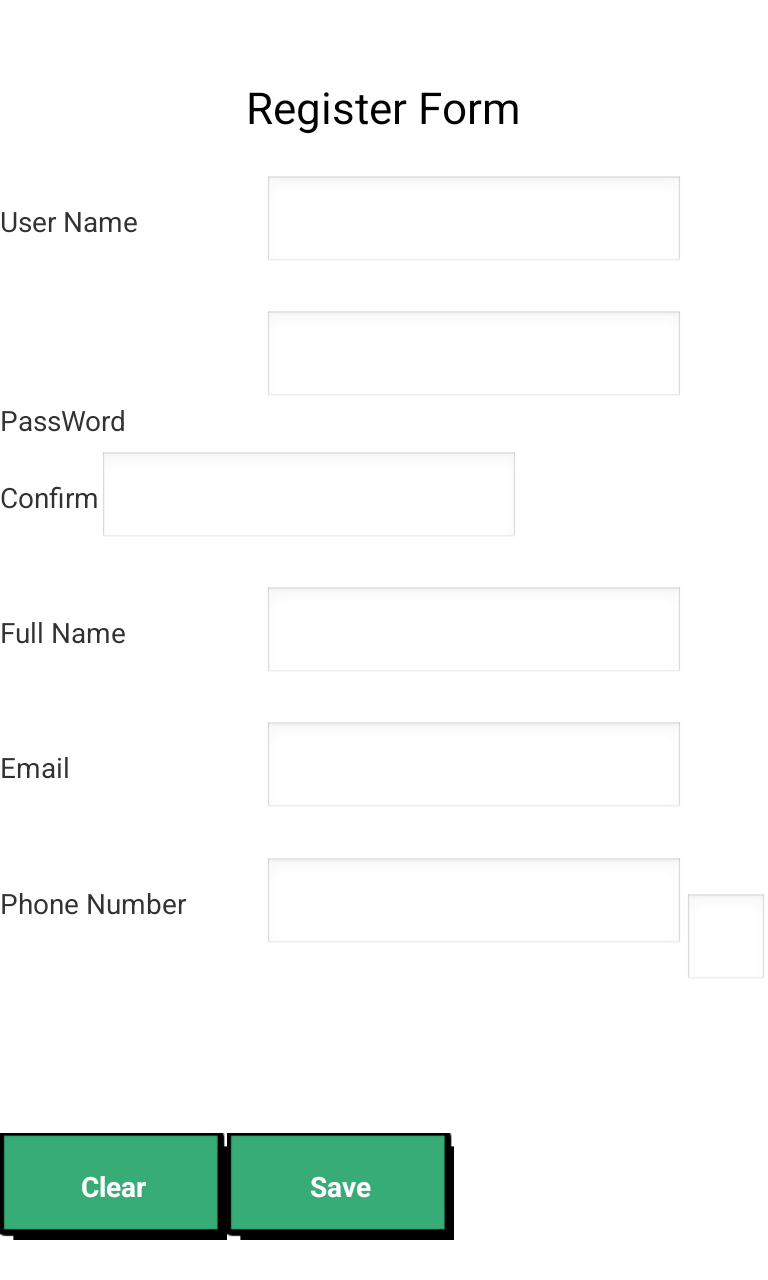
Repository: VanThi/Smart_Order
Layout: Project OS/Project_SO/res/layout/activity_register.xml
An editor plug-in stored every save of this project. The layout is shown before and after the next save, followed by the edit.
It is drawn on a 768 x 1280 px phone screen (xhdpi) without system bars, with theme android:Theme.Light.NoTitleBar.Fullscreen; the app's code is not run.

Above is the layout before, as saved 2013-11-09 11:40:43.

### Project OS/Project_SO/res/layout/activity_register.xml
<?xml version="1.0" encoding="utf-8"?>
<LinearLayout xmlns:android="http://schemas.android.com/apk/res/android"
    android:layout_width="match_parent"
    android:layout_height="match_parent"
    android:orientation="vertical" >

    <TextView
        android:layout_width="wrap_content"
        android:layout_height="wrap_content"
        android:layout_weight="1" />

    <TextView
        android:id="@+id/registerForm"
        android:layout_width="wrap_content"
        android:layout_height="wrap_content"
        android:layout_gravity="center"
        android:layout_weight="1"
        android:text="@string/registerForm"
        android:textAppearance="?android:attr/textAppearanceLarge" />

    <LinearLayout
        android:layout_width="wrap_content"
        android:layout_height="wrap_content"
        android:layout_weight="1"
        android:orientation="horizontal" >

        <TextView
            android:id="@+id/tv_userName"
            android:layout_width="wrap_content"
            android:layout_height="wrap_content"
            android:ems="8"
            android:text="@string/userName" />

        <EditText
            android:id="@+id/et_userName"
            android:layout_width="wrap_content"
            android:layout_height="wrap_content"
            android:ems="10"
            android:inputType="text" />
    </LinearLayout>

    <LinearLayout
        android:layout_width="wrap_content"
        android:layout_height="wrap_content"
        android:layout_weight="1"
        android:orientation="horizontal" >

        <TextView
            android:id="@+id/tv_pass"
            android:layout_width="wrap_content"
            android:layout_height="wrap_content"
            android:layout_marginTop="32dp"
            android:ems="8"
            android:text="@string/password" />

        <EditText
            android:id="@+id/et_password"
            android:layout_width="wrap_content"
            android:layout_height="wrap_content"
            android:ems="10"
            android:inputType="textPassword" />
    </LinearLayout>

    <LinearLayout
        android:layout_width="wrap_content"
        android:layout_height="wrap_content"
        android:layout_weight="1"
        android:orientation="horizontal" >

        <TextView
            android:id="@+id/confrim"
            android:layout_width="wrap_content"
            android:layout_height="wrap_content"
            android:text="@string/confirm" />

        <EditText
            android:id="@+id/et_comfrim"
            android:layout_width="wrap_content"
            android:layout_height="wrap_content"
            android:ems="10"
            android:inputType="textPassword" />
    </LinearLayout>

    <LinearLayout
        android:layout_width="wrap_content"
        android:layout_height="wrap_content"
        android:layout_weight="1"
        android:orientation="horizontal" >

        <TextView
            android:id="@+id/tv_fullName"
            android:layout_width="wrap_content"
            android:layout_height="wrap_content"
            android:ems="8"
            android:text="@string/fullName" />

        <EditText
            android:id="@+id/et_fullname"
            android:layout_width="wrap_content"
            android:layout_height="wrap_content"
            android:ems="10"
            android:inputType="text" />
    </LinearLayout>

    <LinearLayout
        android:layout_width="wrap_content"
        android:layout_height="wrap_content"
        android:layout_weight="1"
        android:orientation="horizontal" >

        <TextView
            android:id="@+id/tv_email"
            android:layout_width="wrap_content"
            android:layout_height="wrap_content"
            android:ems="8"
            android:text="@string/email" />

        <EditText
            android:id="@+id/et_email"
            android:layout_width="wrap_content"
            android:layout_height="wrap_content"
            android:ems="10"
            android:inputType="textEmailAddress" />
    </LinearLayout>


    <LinearLayout
        android:layout_width="wrap_content"
        android:layout_height="wrap_content"
        android:layout_weight="1"
        android:orientation="horizontal"
        >
    <TextView
        android:id="@+id/tv_phoneNumber"
        android:layout_width="wrap_content"
        android:layout_height="wrap_content"
        android:ems="8"
        android:text="@string/phoneNumber" />

    <EditText
        android:id="@+id/et_phoneNumber"
        android:layout_width="wrap_content"
        android:layout_height="wrap_content"
        android:ems="10"
        android:inputType="phone" />

    <EditText
        android:id="@+id/et_address"
        android:layout_width="wrap_content"
        android:layout_height="wrap_content"
        android:layout_below="@+id/et_phoneNumber"
        android:layout_marginTop="18dp"
        android:layout_toRightOf="@+id/tv_phoneNumber"
        android:ems="10"
        android:inputType="text" />

    <TextView
        android:id="@+id/tv_address"
        android:layout_width="wrap_content"
        android:layout_height="wrap_content"
        android:layout_alignBaseline="@+id/et_address"
        android:layout_alignBottom="@+id/et_address"
        android:layout_alignParentLeft="true"
        android:ems="8"
        android:text="@string/address" />
       </LinearLayout>

    <LinearLayout
        android:layout_width="wrap_content"
        android:layout_height="wrap_content"
        android:layout_weight="1"
        android:orientation="horizontal"

        >
    <Button
        android:id="@+id/clear"
        style="@style/Button"
        android:layout_width="wrap_content"
        android:layout_height="wrap_content"
        android:text="@string/clear" />



    <Button
        android:id="@+id/save"
        style="@style/Button"
        android:layout_width="wrap_content"
        android:layout_height="wrap_content"
        android:layout_below="@+id/et_address"
        android:layout_marginRight="16dp"
        android:layout_toLeftOf="@+id/clear"
        android:text="@string/save" />

</LinearLayout>

### Project OS/Project_SO/res/values/strings.xml
<?xml version="1.0" encoding="utf-8"?>
<resources>

    <string name="app_name">Smart Order</string>
    <string name="action_settings">Settings</string>
    <string name="hello_world">Hello world!</string>
    <string name="menu_item">Menu</string>
    <string name="configuration">View Info</string>
    <string name="viewOrder">View Order</string>
    <string name="logout">Logout</string>
    <string name="exit">Exit</string>
    <string name="userName">User Name</string>
    <string name="password">PassWord</string>
    <string name="address">Address</string>
    <string name="phoneNumber">Phone Number</string>
    <string name="email">Email</string>
    <string name="confirm">Confirm</string>
    <string name="fullName">Full Name</string>
    <string name="register">Have not a account?</string>
    <string name="login">Login</string>
    <string name="developer">CyberSoft Team 1</string>
    <string name="clear">Clear</string>
    <string name="update">Update</string>
    <string name="order">Order</string>
    <string name="save">Save</string>
    <string name="registerForm">Register Form</string>
	<string name="configurationForm">View Info</string>
	<string name="ok">OK</string>
	<string name="back">Back</string>
	<string name="inc">+</string>
	<string name="dec">-</string>

</resources>

### Project OS/Project_SO/res/values/styles.xml
<resources>

    <!--
        Base application theme, dependent on API level. This theme is replaced
        by AppBaseTheme from res/values-vXX/styles.xml on newer devices.
    -->
    <style name="AppBaseTheme" parent="android:Theme.Light">
        <!--
            Theme customizations available in newer API levels can go in
            res/values-vXX/styles.xml, while customizations related to
            backward-compatibility can go here.
        -->
    </style>

    <style name="NoActionBar" parent="@android:style/Theme.Holo.NoActionBar">
        <!-- Inherits the Holo theme with no action bar; no other styles needed. -->
    </style>

    <!-- Application theme. -->
    <style name="AppTheme" parent="AppBaseTheme">
        <!-- All customizations that are NOT specific to a particular API-level can go here. -->
    </style>

    <style name="HeaderBG">
        <item name="android:layout_width">fill_parent</item>
        <item name="android:layout_height">60dp</item>
        <item name="android:background">@drawable/header_bg</item>
        <item name="android:orientation">horizontal</item>
    </style>

    <style name="HeaderText">
        <item name="android:textColor">#FFFFFF</item>
        <item name="android:textSize">22sp</item>
        <item name="android:textStyle">bold</item>
        <item name="android:ellipsize">end</item>
        <item name="android:gravity">center</item>
        <item name="android:singleLine">true</item>
        <item name="android:text">@string/app_name</item>
    </style>

    <style name="Background">
        <item name="android:layout_width">fill_parent</item>
        <item name="android:layout_height">fill_parent</item>
        <item name="android:background">@color/background</item>
        <item name="android:orientation">vertical</item>
    </style>

    <style name="MENU">
        <item name="android:layout_width">fill_parent</item>
        <item name="android:layout_height">63dp</item>
        <item name="android:background">@drawable/menu_bg</item>
        <item name="android:gravity">center_vertical</item>
        <item name="android:padding">10dp</item>
        <item name="android:textColor">#FFFFFF</item>
        <item name="android:textSize">16sp</item>
    </style>

    <style name="TextDescription">
        <item name="android:textColor">@color/black</item>
        <item name="android:textSize">16sp</item>
        <item name="android:typeface">sans</item>
        <item name="android:textStyle">bold</item>
    </style>

    <style name="Text">
        <item name="android:textColor">@color/black</item>
        <item name="android:textSize">20sp</item>
        <item name="android:typeface">sans</item>
    </style>

    <style name="EditText">
        <item name="android:textColor">@color/black</item>
        <item name="android:textSize">14sp</item>
        <item name="android:typeface">sans</item>
        <item name="android:padding">5dp</item>
    </style>

    <style name="Button">
        <item name="android:padding">5dp</item>
        <item name="android:textStyle">bold</item>
        <item name="android:textColor">@color/white</item>
        <item name="android:textSize">14sp</item>
        <item name="android:background">@drawable/btn_bg</item>
        <item name="android:typeface">sans</item>
        <item name="android:layout_width">90dp</item>
        <item name="android:layout_height">40dp</item>
    </style>

    <style name="ButtonRight">
        <item name="android:padding">5dp</item>
        <item name="android:textStyle">bold</item>
        <item name="android:textColor">@color/white</item>
        <item name="android:textSize">14sp</item>
        <item name="android:background">@drawable/btn_bg</item>
        <item name="android:typeface">sans</item>
        <item name="android:layout_width">90dp</item>
        <item name="android:layout_height">40dp</item>
        <item name="android:layout_marginLeft">5dp</item>
    </style>

    <style name="CustomProgressBar" parent="android:Widget.ProgressBar.Horizontal">
        <item name="android:layout_width">200dp</item>
        <item name="android:layout_height">wrap_content</item>
        <item name="android:padding">5dp</item>
        <item name="android:layout_marginRight">10dp</item>
        <item name="android:indeterminateOnly">false</item>
        <item name="android:progressDrawable">@drawable/custom_progress_bar_horizontal</item>
        <item name="android:minHeight">10dip</item>
        <item name="android:maxHeight">20dip</item>
    </style>


</resources>

### Project OS/Project_SO/res/values/colors.xml
<?xml version="1.0" encoding="utf-8"?>
<resources>
	<color name="transparent">#00000000</color>
	<color name="menu_background">#C0C0C0</color>
	<color name="background">#ffffff</color>

	<!-- Process bar -->
	<color name="black">#000000</color>
	<color name="white">#ffffff</color>
	<color name="progressbar">#4b80ce</color>

</resources>

### Project OS/Project_SO/res/drawable/btn_bg.xml
<?xml version="1.0" encoding="utf-8"?>
<selector xmlns:android="http://schemas.android.com/apk/res/android">
    <item android:state_pressed="true"
          android:drawable="@drawable/btn_bg_selected" /> <!-- pressed -->
    <item android:state_focused="true"
          android:drawable="@drawable/btn_bg_selected" /> <!-- focused -->
    <item android:drawable="@drawable/btn_bg_normal" /> <!-- default -->
</selector>

After the next save:
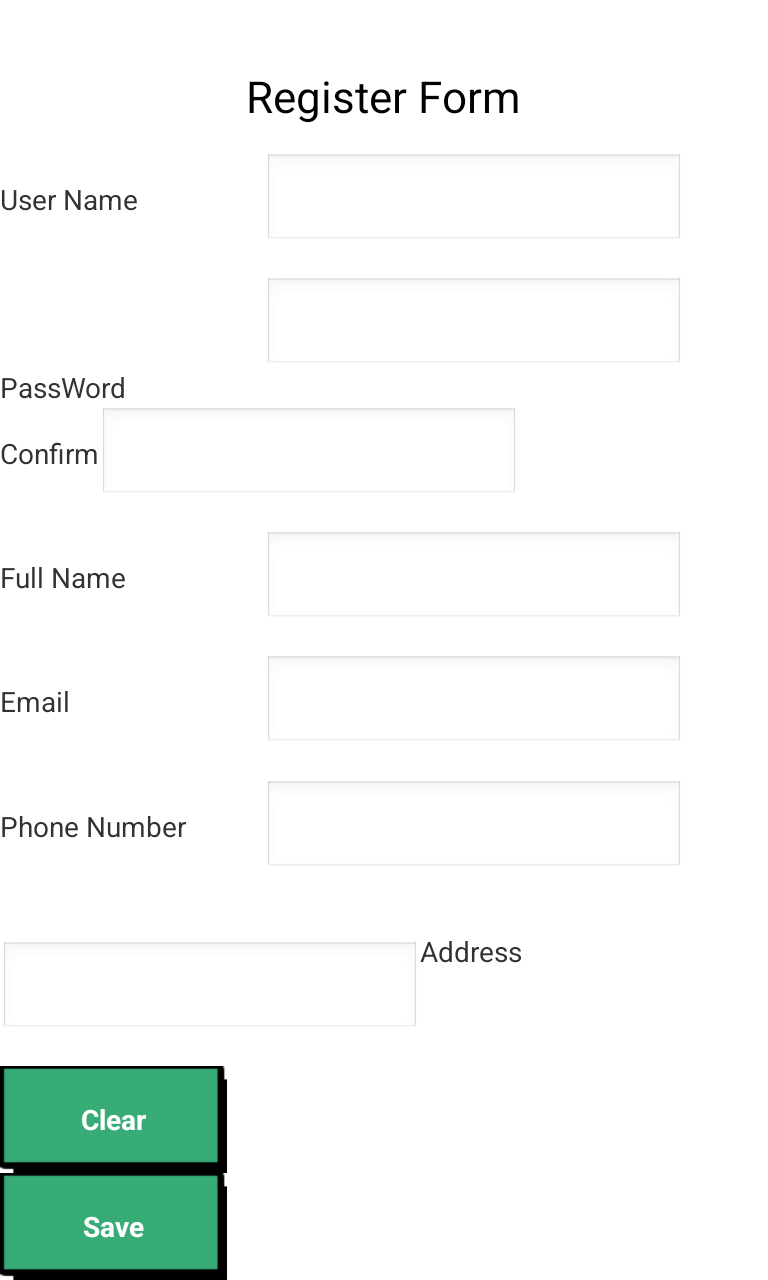
Saved 29 s later.
--- a/Project OS/Project_SO/res/layout/activity_register.xml
+++ b/Project OS/Project_SO/res/layout/activity_register.xml
@@ -144,6 +144,15 @@
         android:ems="10"
         android:inputType="phone" />
 
+       </LinearLayout>
+
+    <LinearLayout
+        android:layout_width="wrap_content"
+        android:layout_height="wrap_content"
+        android:layout_weight="1"
+        android:orientation="horizontal"
+
+        >
     <EditText
         android:id="@+id/et_address"
         android:layout_width="wrap_content"
@@ -163,15 +172,7 @@
         android:layout_alignParentLeft="true"
         android:ems="8"
         android:text="@string/address" />
-       </LinearLayout>
-
-    <LinearLayout
-        android:layout_width="wrap_content"
-        android:layout_height="wrap_content"
-        android:layout_weight="1"
-        android:orientation="horizontal"
-
-        >
+    </LinearLayout>
     <Button
         android:id="@+id/clear"
         style="@style/Button"
@@ -186,9 +187,7 @@
         style="@style/Button"
         android:layout_width="wrap_content"
         android:layout_height="wrap_content"
-        android:layout_below="@+id/et_address"
         android:layout_marginRight="16dp"
-        android:layout_toLeftOf="@+id/clear"
         android:text="@string/save" />
 
 </LinearLayout>
